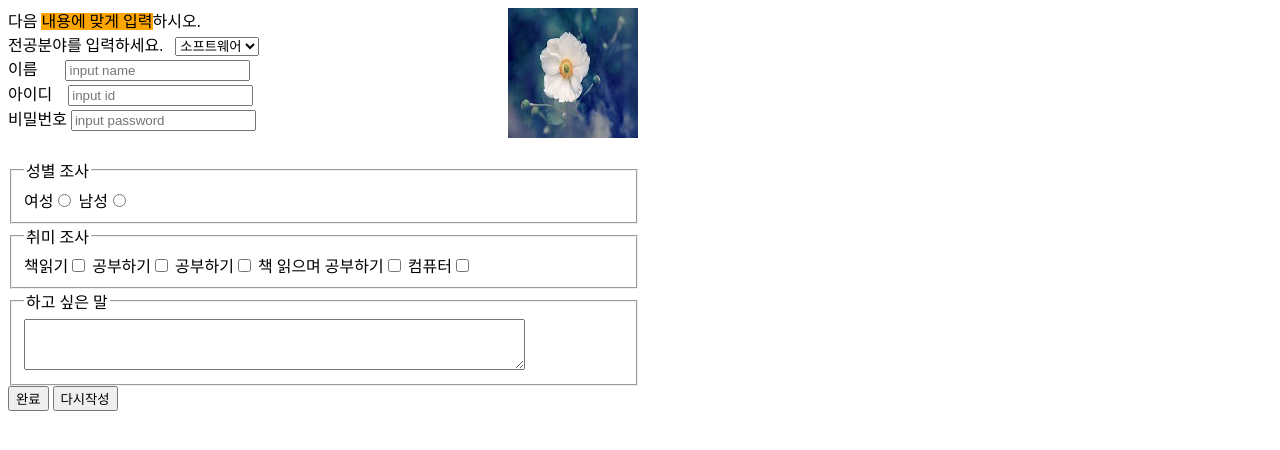
Repository: jwlee0714/HTML
Page: html/quiz-설문조사.html
An editor plug-in stored every save of this project. The page is shown before and after the next save, followed by the edit.
The browser window is 1280 px wide. The pictures show the whole page.

Above is the page before, as saved 2021-10-05 12:19:44.

After the next save:
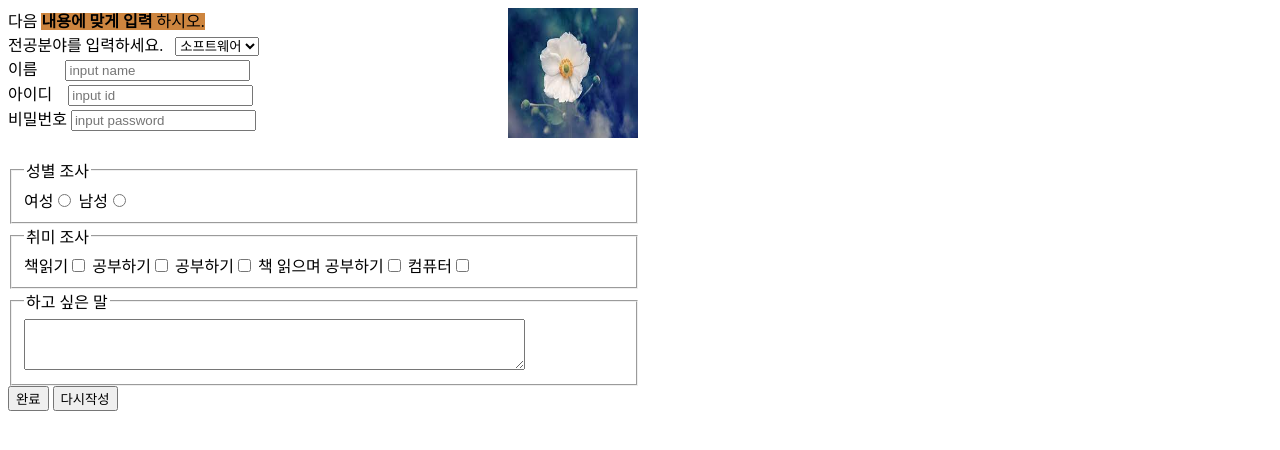
Saved 3 min 37 s later.
--- a/html/quiz-설문조사.html
+++ b/html/quiz-설문조사.html
@@ -9,9 +9,7 @@
 
 	<div style="width:500px; height:150px;  float:left;">
 
-		<span >다음</span>
-		<span style="background-color:orange;">내용에 맞게 입력</span>하시오.
-
+		다음 <span style="background-color: peru;"><b>내용에 맞게 입력</b> 하시오.</span>
 
 	<form>
 		전공분야를 입력하세요. &nbsp; <select name ="select">
